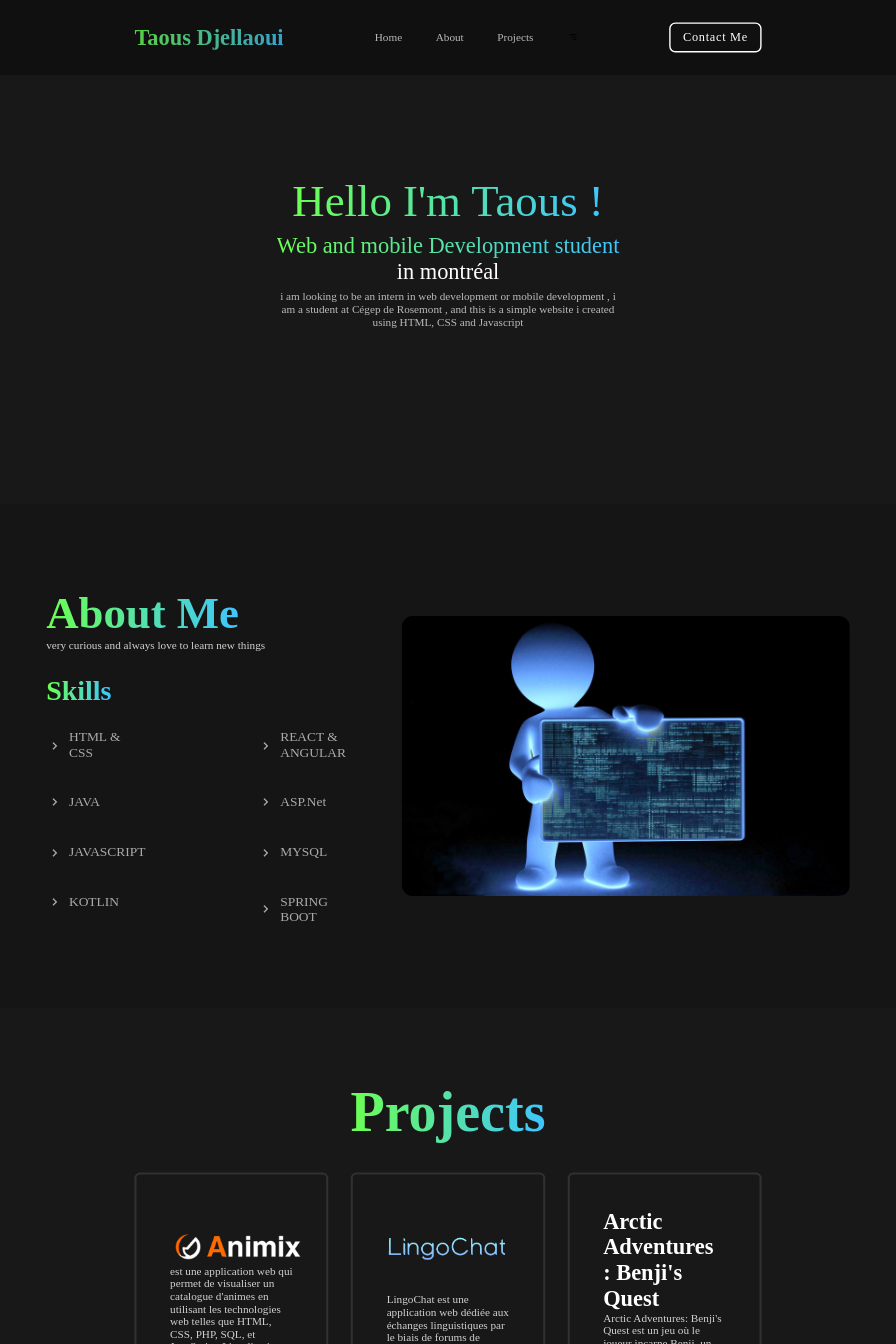
Repository: taousdjellaoui/portfolio-
Page: index.html
These files come from the project's save history. The page is drawn as it stood at one moment and after the next save; the edit follows.
The browser window is 1280 px wide. The pictures show the part of the page from y = 0 to 1920 px (the page is 2851 px tall), at 70% of full size.

Above is the page before, as saved 2024-11-09 21:31:57.

After the next save:
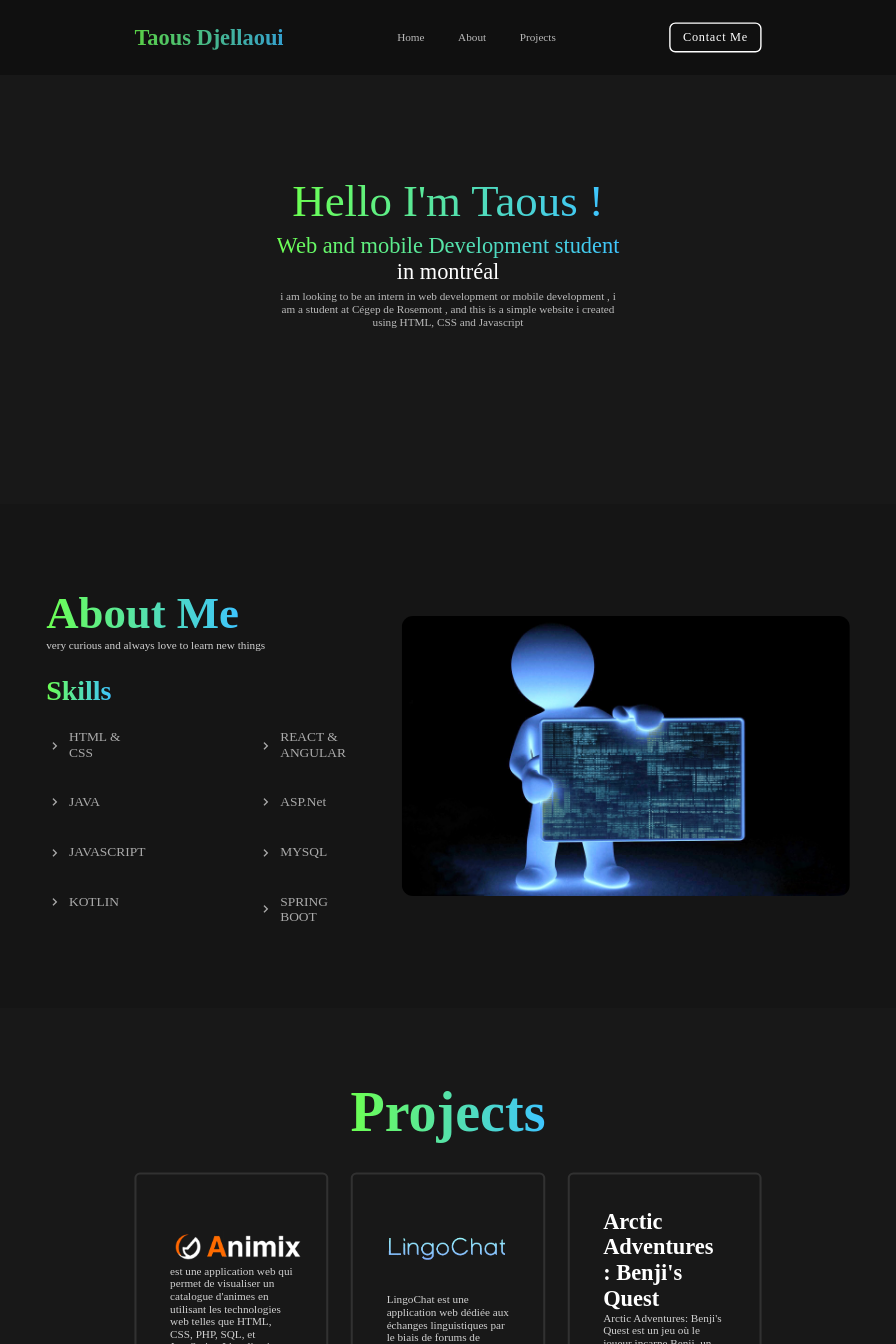
Saved 2 min 24 s later.
--- a/index.html
+++ b/index.html
@@ -15,7 +15,7 @@
         <a href="#about">About</a>
         <a href="#projects">Projects</a>
 
-        <i class='bx bx-menu-alt-right' id="Menu"></i>
+        <i class='bx bx-menu-alt-right' id="menu"></i>
       </ul>
       <a href="#contact" class="btn">Contact Me</a>
 
